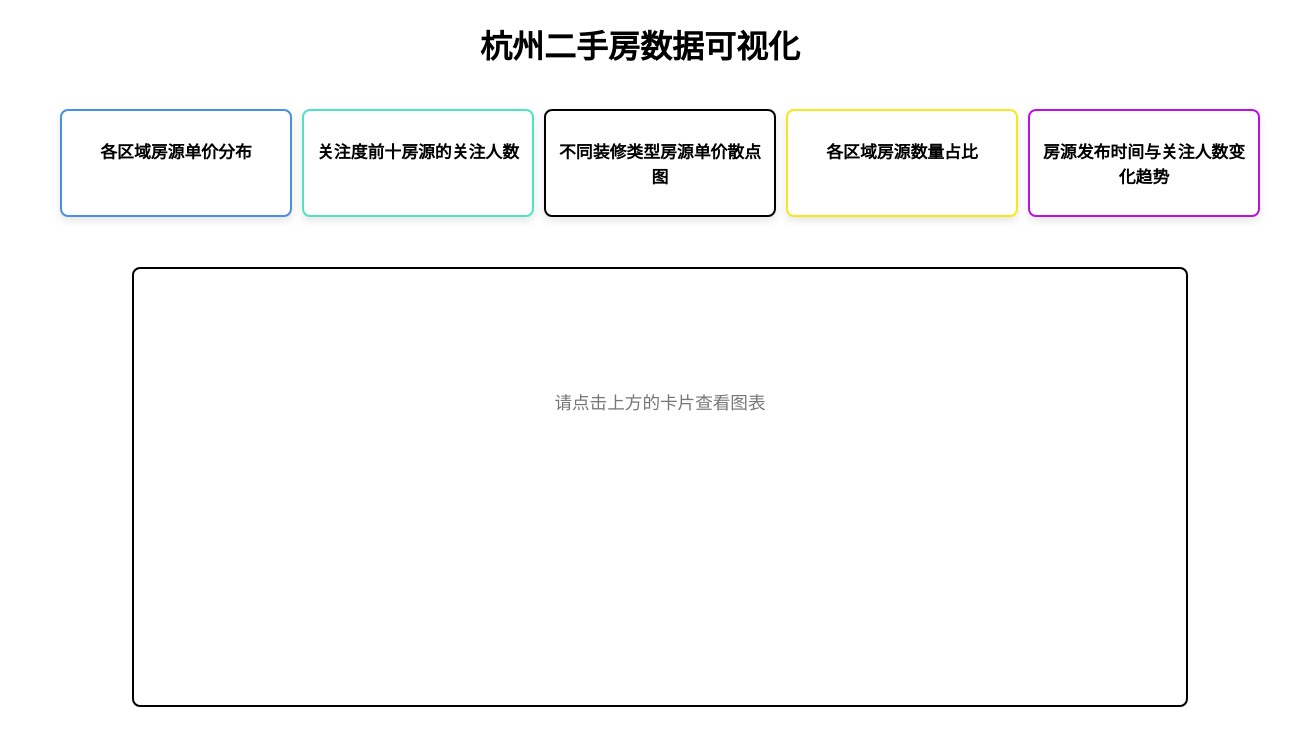
Repository: sakimi-9/DPV-SHP_HangZhou
Page: / (app in rendering/)
These files come from the project's save history. The page is drawn as it stood at one moment and after the next save; the edit follows.
The browser window is 1280 px wide. The page is 1312 px wide, so the pictures cover 1312 px, including what lies to the right of the window. The pictures show the whole page.
The project was rebuilt for these pictures with package versions that can differ from the ones it lists, and the page was loaded fresh each time. Also part of the build but not shown: rendering/vite.config.ts.

Above is the page before, as saved 2025-05-29 12:06:04.

### rendering/index.html
<!DOCTYPE html>
<html lang="en">

<head>
    <meta charset="UTF-8">
    <link rel="icon" href="/favicon.ico">
    <meta name="viewport" content="width=device-width, initial-scale=1.0">
    <title>二手房数据可视化</title>
</head>

<body>
    <div id="app"></div>
    <script type="module" src="/src/main.ts"></script>
</body>

</html>

### rendering/src/App.vue
<template>
  <div>
    <h1 style="text-align: center;">杭州二手房数据可视化</h1>

    <!-- 模式切换 UI -->


    <!-- 2D 图表区域 -->
    <HouseCharts v-if="currentMode === '2D'" :house-data="houseData" />

  </div>
</template>

<script setup lang="ts">
import { ref, onMounted } from 'vue';

// 导入新组件
import HouseCharts from './components/HouseCharts.vue';

// 导入数据解析器
import { ParsedHouse, parseHouseData } from '../util/dataParser';

// Define a ref to store the parsed data
const houseData = ref<ParsedHouse[] | null>(null);

// 定义当前模式状态
const currentMode = ref<'2D'>('2D'); // Only 2D mode is available now

// 定义控制数据分析部分显示的状态变量
const showAnalysis = ref(false);

// 切换数据分析部分显示状态的函数
const toggleAnalysis = () => {
  showAnalysis.value = !showAnalysis.value;
};

// 数据加载逻辑 (修改：先加载经纬度，再加载房源数据)
onMounted(async () => {
  try {
    const response = await fetch('/house_data.json');
    if (!response.ok) {
      throw new Error(`HTTP error! status: ${response.status}`);
    }
    const rawHouseData = await response.json();
    // 解析房源数据时传入经纬度 Map
    houseData.value = parseHouseData(rawHouseData);

    console.log('解析后的数据并存储:', houseData.value);

  } catch (error) {
    console.error('Error loading or processing data:', error);
  }
});

// 显式导出响应式变量 (可能有助于类型检查)
// export { houseData, currentMode };

</script>

<style scoped>
/* Add any specific styles for the 3D visualization container if needed */
/* Only retain App.vue's own styles */
/* HouseCharts.vue */
.chart-display-area>div[ref] {
  width: 100%;
  height: 600px;
  /* Fixed height for the chart */
}

/* HouseCharts.vue */
.chart-display-area {
  /* ... existing styles ... */
  min-height: 850px;
  /* Ensure a minimum height for the box, adjust based on chart height */
}

.chart-display-area>div[ref] {
  width: 100%;
  height: 800px;
  /* Adjusted height */
}

div {
  margin-bottom: 20px;
}

button {
  margin-right: 10px;
}

/* Add styles for the data analysis container */
.data-analysis-container {
  border: 1px solid #ccc;
  /* Add a border */
  padding: 20px;
  /* Add padding inside the box */
  margin-top: 20px;
  /* Add some space above the box */
  background-color: #f9f9f9;
  /* Add a light background color */
  border-radius: 8px;
  /* Rounded corners */
}

.data-analysis-container h2,
.data-analysis-container h3 {
  text-align: center;
  /* Center the titles within the box */
  color: #333;
  /* Darker color for titles */
  margin-bottom: 15px;
  /* Add space below titles */
}

.data-analysis-container h4 {
  margin-top: 15px;
  /* Space above h4 */
  margin-bottom: 10px;
  /* Space below h4 */
  color: #555;
  /* Slightly lighter color for h4 */
}

.data-analysis-container p {
  line-height: 1.6;
  /* Improve readability with more line spacing */
  color: #555;
  /* Slightly lighter color for text */
  margin-bottom: 10px;
  /* Adjust space between paragraphs */
}

.data-analysis-container ul {
  margin-bottom: 15px;
  /* Space below lists */
  padding-left: 20px;
  /* Indent list items */
}

.data-analysis-container ul li {
  margin-bottom: 5px;
  /* Space between list items */
  line-height: 1.5;
  /* Line spacing for list items */
  color: #555;
}


.data-analysis-container p strong {
  color: #000;
  /* Make strong text black */
}

/* Remove styles migrated to TwoDCharts.vue */
/* Keep only App.vue specific styles */

/* Example styles for layout if needed, adjust based on your structure */
/*
.container {
    max-width: 960px;
    margin: 0 auto;
    padding: 20px;
}
*/

/* Add styles for the analysis button */
.analysis-button {
  position: fixed;
  /* Fixed position relative to the viewport */
  bottom: 20px;
  /* 20px from the bottom */
  right: 20px;
  /* 20px from the right */
  z-index: 1000;
  /* Ensure it's above other content */
  padding: 10px 20px;
  font-size: 16px;
  background-color: #007bff;
  color: white;
  border: none;
  border-radius: 5px;
  cursor: pointer;
  box-shadow: 0 2px 5px rgba(0, 0, 0, 0.2);
}

.analysis-button:hover {
  background-color: #0056b3;
}
</style>

### rendering/src/components/HouseCharts.vue
<template>
    <div class="charts-container">
        <!-- Main Title - Centered in App.vue -->

        <!-- Chart Cards Grid -->
        <div class="charts-grid">
            <div v-for="(chart, index) in charts" :key="index" class="chart-card"
                :style="{ 'border-color': getCardColor(index) }" @click="selectChart(index)">
                <h3>{{ chart.title }}</h3>
            </div>
        </div>

        <!-- Chart Display Area (Black Box) -->
        <div class="chart-display-area">
            <div v-if="selectedChartIndex !== null && currentChart" class="selected-chart-content">
                <h3>{{ currentChart.title }}</h3>
                <!-- Chart rendering area - always in DOM, content controlled by JS -->
                <div ref="selectedChartDisplayRef" style="width: 100%; height: 70vh;"></div>
            </div>
            <div v-else class="placeholder-message">
                <p>请点击上方的卡片查看图表</p>
            </div>
        </div>

    </div>
</template>

<script setup lang="ts">
import { ref, onMounted, watch, computed, nextTick } from 'vue';
import * as echarts from 'echarts/core';
// Import the necessary components and charts
import { BarChart, PieChart, ScatterChart, BoxplotChart, LineChart } from 'echarts/charts';
import { GridComponent, TooltipComponent, LegendComponent, TitleComponent } from 'echarts/components';
import { CanvasRenderer } from 'echarts/renderers';

// Import data parsing functions
import {
    getAreaPriceBoxPlotData,
    getTop10FollowedHousesData,
    getRenovationPriceScatterData,
    getAreaHouseCountPieData,
    getPublishTimeFollowersTrendData
} from '../../util/chartDataParser';

echarts.use([
    BarChart,
    PieChart,
    ScatterChart,
    BoxplotChart,
    LineChart,
    GridComponent,
    TooltipComponent,
    LegendComponent,
    TitleComponent,
    CanvasRenderer,
]);

// 定义解析后的房源数据接口 (Copy from dataParser.ts for self-containment)
interface ParsedHouse {
    房源标题: string;
    室: number | null;
    厅: number | null;
    面积: number | null; // 平米
    朝向: string | null;
    装修: string | null;
    楼层信息: string | null; // 例如 "中楼层"
    总楼层: number | null;
    建筑年份: number | null; // 例如 2012
    建筑类型: string | null; // 例如 "板塔结合"
    小区名称: string | null;
    所在区域: string | null; // 例如 "临河里"
    单价: number | null; // 元/平
    关注人数: number | null;
    发布时间: string | null; // 例如 "2个月以前发布"
    标签: string[];
}

// 定义接收的 props
const props = defineProps<{ houseData: ParsedHouse[] | null }>();

// Define ref for the selected chart display area
const selectedChartDisplayRef = ref<HTMLElement | null>(null);

// Define the current chart index
const selectedChartIndex = ref<number | null>(null);

// Computed property for the current chart information
const currentChart = computed(() => {
    if (selectedChartIndex.value === null) return null;
    return charts[selectedChartIndex.value];
});

// Function to select a chart
const selectChart = (index: number) => {
    selectedChartIndex.value = index;
    console.log("Selected chart index:", selectedChartIndex.value);
};

// Function to dispose of a chart instance
const disposeChart = (chartElement: HTMLElement) => {
    const chartInstance = echarts.getInstanceByDom(chartElement);
    if (chartInstance) {
        chartInstance.dispose();
    }
};

// Function to render the selected chart
const renderSelectedChart = (
    chartInfo: { title: string, render: (element: HTMLElement, data: ParsedHouse[]) => void } | null,
    data: ParsedHouse[] | null
) => {
    // Dispose of any previously rendered chart in the display area
    if (selectedChartDisplayRef.value) {
        console.log("Disposing previous chart.");

        disposeChart(selectedChartDisplayRef.value);
        selectedChartDisplayRef.value.innerHTML = ''; // Clear previous chart content
    }

    if (!chartInfo || selectedChartIndex.value === null || !data || data.length === 0) {
        console.warn("No chart selected, no data, or chart info not ready.");
        // The placeholder is now controlled by v-else in the template
        console.log("Render conditions not met.", "Index:", selectedChartIndex.value, "Data present:", !!data, "Data length:", data ? data.length : 0);
        return;
    }

    const chartElement = selectedChartDisplayRef.value; // Get the display area element

    if (!chartElement) {
        console.warn("Chart display element is not available.");
        console.log("Render conditions not met.", "Index:", selectedChartIndex.value, "Data present:", !!props.houseData, "Data length:", props.houseData ? props.houseData.length : 0, "Element available:", !!chartElement);

        return; // Exit if the element is null
    }

    // Directly get chart info based on selected index
    if (chartElement && chartInfo) {
        // Render the current chart
        console.log(`Attempting to render chart: ${chartInfo.title}`);
        try {
            chartInfo.render(chartElement, data); // Pass the display area element to the render function
            console.log(`Successfully called render function for: ${chartInfo.title}`);
        } catch (error) {
            console.error(`Error rendering chart ${chartInfo.title}:`, error);
            chartElement.innerHTML = '<p>图表加载失败</p>';
            console.log(`Caught error during render for: ${chartInfo.title}`);
        }
    }
};

// Watch for changes in houseData or selectedChartIndex to determine if a chart *should* be rendered
watch([() => props.houseData, selectedChartIndex], async ([newData, newIndex]) => {
    // If conditions are met (data and index valid), render the chart.
    // Note: We don't await nextTick here directly for ref availability.
    // The rendering will happen when selectedChartDisplayRef becomes available.
    if (newIndex !== null && newData && newData.length > 0) {
        console.log("Data and Index valid, waiting for nextTick...");
        await nextTick(); // Wait for DOM updates

        const chartElement = selectedChartDisplayRef.value;
        if (chartElement) {
            console.log("Ref element available, attempting to render chart.", "Index:", newIndex);
            // Get the chart info directly from the charts array based on the index
            const chartInfo = charts[newIndex];
            if (chartInfo) {
                renderSelectedChart(chartInfo, newData);
            } else {
                console.error("Chart info not found for index:", newIndex);
            }
        } else {
            console.warn("Ref element not available after nextTick.");
        }
    } else {
        // If conditions are not met, dispose the current chart if it exists
        if (selectedChartDisplayRef.value) {
            console.log("Conditions not met, disposing chart.");
            disposeChart(selectedChartDisplayRef.value);
            selectedChartDisplayRef.value.innerHTML = '';
        }
    }
}, { immediate: true }); // Ensure initial check

// Function to get a color for the card based on index
const getCardColor = (index: number) => {
    const colors = ['#4A90E2', '#50E3C2', 'F5A623', '#F8E71C', '#BD10E0']; // Example colors - removed duplicate definition
    return colors[index % colors.length];
};

// --- Chart Render Functions ---

// 1. 各区域房源单价分布对比箱线图
function renderAreaPriceBoxPlot(chartElement: HTMLElement, data: ParsedHouse[]) {
    const chartData = getAreaPriceBoxPlotData(data);

    if (chartData.length === 0) {
        echarts.dispose(chartElement);
        chartElement.innerHTML = '<p>暂无区域单价分布数据</p>';
        return;
    }

    const areas = chartData.map(item => item.area);
    const prices = chartData.map(item => item.prices);

    const myChart = echarts.init(chartElement);
    console.log("ECharts instance initialized for:", "各区域房源单价分布");
    const option = {
        title: {
            text: '各区域房源单价分布',
            left: 'center'
        },
        tooltip: {
            trigger: 'item',
            axisPointer: { type: 'shadow' }
        },
        xAxis: {
            type: 'category',
            data: areas,
            boundaryGap: true,
            nameMap: areas,
            axisLabel: {
                interval: 0,
                rotate: 30,
                overflow: 'breakAll',
                ellipsis: '...'
            }
        },
        yAxis: {
            type: 'value',
            name: '单价 (元/平)'
        },
        series: [
            {
                name: '单价分布',
                type: 'boxplot',
                data: prices,
                tooltip: {
                    formatter: function (param: any) { // Keep any type for simplicity
                        if (param.data) {
                            return [
                                `区域: ${param.name}<br/>`,
                                `最大值: ${param.data[5].toFixed(2)}<br/>`,
                                `第三四分位数: ${param.data[4].toFixed(2)}<br/>`,
                                `中位数: ${param.data[3].toFixed(2)}<br/>`,
                                `第一四分位数: ${param.data[2].toFixed(2)}<br/>`,
                                `最小值: ${param.data[1].toFixed(2)}`
                            ].join('');
                        }
                        return '';
                    }
                }
            }
        ]
    };
    console.log("Setting option for:", "各区域房源单价分布", option);
    myChart.setOption(option);
}

// 2. 关注度前十房源的关注人数柱状图
function renderTop10FollowersBar(chartElement: HTMLElement, data: ParsedHouse[]) {
    const chartData = getTop10FollowedHousesData(data);

    if (chartData.length === 0) {
        echarts.dispose(chartElement);
        chartElement.innerHTML = '<p>暂无关注度前十房源数据</p>';
        return;
    }

    const titles = chartData.map(item => item.title);
    const followers = chartData.map(item => item.followers);

    const myChart = echarts.init(chartElement);
    console.log("ECharts instance initialized for:", "关注度前十房源的关注人数");
    const option = {
        title: {
            text: '关注度前十房源的关注人数',
            left: 'center'
        },
        tooltip: {},
        xAxis: {
            type: 'category',
            data: titles,
            axisLabel: {
                interval: 0,
                rotate: 30,
                overflow: 'breakAll',
                ellipsis: '...'
            }
        },
        yAxis: {
            type: 'value',
            name: '关注人数'
        },
        series: [
            {
                name: '关注人数',
                type: 'bar',
                data: followers
            }
        ]
    };
    console.log("Setting option for:", "关注度前十房源的关注人数", option);
    myChart.setOption(option);
}

// 3. 不同装修类型房源单价散点图
function renderRenovationPriceScatter(chartElement: HTMLElement, data: ParsedHouse[]) {
    const chartData = getRenovationPriceScatterData(data);

    if (chartData.length === 0) {
        echarts.dispose(chartElement);
        chartElement.innerHTML = '<p>暂无装修类型与单价数据</p>';
        return;
    }

    const scatterData = chartData.map((item: { renovation: string, price: number }) => [item.price, item.renovation]); // Explicitly type item

    // Get unique renovation types for y-axis categories
    const renovationTypes = Array.from(new Set(chartData.map((item: { renovation: string, price: number }) => item.renovation))) as string[]; // Explicitly type item and result

    const myChart = echarts.init(chartElement);
    console.log("ECharts instance initialized for:", "不同装修类型房源单价散点图");
    const option = {
        title: {
            text: '不同装修类型房源单价散点图',
            left: 'center'
        },
        tooltip: {
            trigger: 'axis',
            axisPointer: { type: 'shadow' },
            formatter: function (params: any) { // Keep any type for simplicity
                const item = params[0];
                return `装修: ${item.value[1]}<br/>单价: ${item.value[0].toFixed(2)} 元/平`;
            }
        },
        xAxis: {
            type: 'value',
            name: '单价 (元/平)'
        },
        yAxis: {
            type: 'category',
            data: renovationTypes,
            name: '装修类型'
        },
        series: [
            {
                name: '房源',
                type: 'scatter',
                data: scatterData
            }
        ]
    };
    console.log("Setting option for:", "不同装修类型房源单价散点图", option);
    myChart.setOption(option);
}

// 4. 各区域房源数量占比饼图
function renderAreaCountPie(chartElement: HTMLElement, data: ParsedHouse[]) {
    const chartData = getAreaHouseCountPieData(data);

    if (chartData.length === 0) {
        echarts.dispose(chartElement);
        chartElement.innerHTML = '<p>暂无区域房源数量数据</p>';
        return;
    }

    const pieData = chartData.map((item: { area: string, count: number }) => ({
        name: item.area,
        value: item.count
    })); // Explicitly type item

    const myChart = echarts.init(chartElement);
    console.log("ECharts instance initialized for:", "各区域房源数量占比");
    const option = {
        title: {
            text: '各区域房源数量占比',
            left: 'center'
        },
        tooltip: {
            trigger: 'item',
            formatter: '{a} <br/>{b}: {c} ({d}%)'
        },
        legend: {
            orient: 'vertical',
            left: 'left',
            data: chartData.map((item: { area: string, count: number }) => item.area) // Explicitly type item
        },
        series: [
            {
                name: '房源数量',
                type: 'pie',
                radius: '50%',
                data: pieData,
                emphasis: {
                    itemStyle: {
                        shadowBlur: 10,
                        shadowOffsetX: 0,
                        shadowColor: 'rgba(0, 0, 0, 0.5)'
                    }
                }
            }
        ]
    };
    console.log("Setting option for:", "各区域房源数量占比", option);
    myChart.setOption(option);
}

// 5. 房源发布时间与关注人数变化趋势折线图
function renderPublishTimeFollowersLine(chartElement: HTMLElement, data: ParsedHouse[]) {
    const chartData = getPublishTimeFollowersTrendData(data);

    if (chartData.length === 0) {
        echarts.dispose(chartElement);
        chartElement.innerHTML = '<p>暂无发布时间与关注人数趋势数据</p>';
        return;
    }

    const times = chartData.map((item: { time: string, totalFollowers: number }) => item.time); // Explicitly type item
    const totalFollowers = chartData.map((item: { time: string, totalFollowers: number }) => item.totalFollowers); // Explicitly type item

    const myChart = echarts.init(chartElement);
    console.log("ECharts instance initialized for:", "房源发布时间与关注人数变化趋势");
    const option = {
        title: {
            text: '房源发布时间与关注人数变化趋势',
            left: 'center'
        },
        tooltip: {
            trigger: 'axis'
        },
        xAxis: {
            type: 'category',
            data: times,
            axisLabel: {
                interval: 0,
                rotate: 30,
                overflow: 'breakAll',
                ellipsis: '...'
            }
        },
        yAxis: {
            type: 'value',
            name: '总关注人数'
        },
        series: [
            {
                name: '总关注人数',
                type: 'line',
                data: totalFollowers
            }
        ]
    };
    console.log("Setting option for:", "房源发布时间与关注人数变化趋势", option);
    myChart.setOption(option);
}

// Define the list of charts with their titles and render functions
const charts = [
    { title: '各区域房源单价分布', render: renderAreaPriceBoxPlot },
    { title: '关注度前十房源的关注人数', render: renderTop10FollowersBar },
    { title: '不同装修类型房源单价散点图', render: renderRenovationPriceScatter },
    { title: '各区域房源数量占比', render: renderAreaCountPie },
    { title: '房源发布时间与关注人数变化趋势', render: renderPublishTimeFollowersLine },
];

// Initial render logic (optional, handled by watch with immediate: true)
/*
onMounted(() => {
    renderSelectedChart(props.houseData);
});
*/

</script>

<style scoped>
.charts-container {
    display: flex;
    flex-direction: column;
    gap: 30px;
    /* Increased gap */
    align-items: center;
    margin-top: 20px;
    /* Adjusted top margin */
    padding: 20px;
    width: 100%;
    /* Ensure container takes full width */
}

.charts-grid {
    display: grid;
    grid-template-columns: repeat(5, 1fr);
    /* Changed to 5 equal columns */
    gap: 10px;
    /* Reduced gap to make cards smaller */
    width: 100%;
    max-width: 1200px;
    /* Keep max width */
    justify-content: center;
}

.chart-card {
    background-color: #fff;
    border: 2px solid;
    /* Use border-color from style binding */
    border-radius: 8px;
    padding: 10px;
    /* Reduced padding */
    text-align: center;
    cursor: pointer;
    box-shadow: 0 4px 8px rgba(0, 0, 0, 0.1);
    transition: transform 0.3s ease, box-shadow 0.3s ease;
    font-size: 0.9em;
    /* Slightly reduced font size */
}

.chart-card:hover {
    transform: translateY(-5px);
    box-shadow: 0 6px 12px rgba(0, 0, 0, 0.15);
}

/* --- 图表显示区域容器样式 (黑色边框区域) --- */
.chart-display-area {
    margin-top: 20px;
    /* Space above the display area */
    border: 2px solid black;
    /* Black border */
    border-radius: 8px;
    padding: 20px;
    width: 80%;
    flex-direction: column;
    align-items: center;
    min-height: 55vh;
    /* Ensure a minimum height for the box, adjusted for larger chart */
    /* Ensure a minimum height for the box */
}

.chart-display-area h3 {
    margin-top: 0;
    margin-bottom: 10px;
}

/* --- ECharts 图表实际渲染区域样式 (div[ref=selectedChartDisplayRef]) --- */
/* 调整这里的 width 和 height 可以直接改变图表的大小 */
.chart-display-area>div[ref] {
    width: 100%;
    /* 让图表占据父容器的全部宽度 */
    height: 40vh;
    /* 保持您设置的高度 */
    /* 例如，占视口高度的 70% */
}

.placeholder-message {
    text-align: center;
    color: #777;
    font-size: 1.1em;
    margin-top: 100px;
    /* Center message vertically */
}

/* Removed carousel related styles */
</style>

Loaded but not shown: rendering/src/main.ts (common file); rendering/public/house_data.json (1034 lines, source omitted); rendering/util/dataParser.ts (112 lines, source omitted); rendering/util/chartDataParser.ts (107 lines, source omitted)

After the next save:
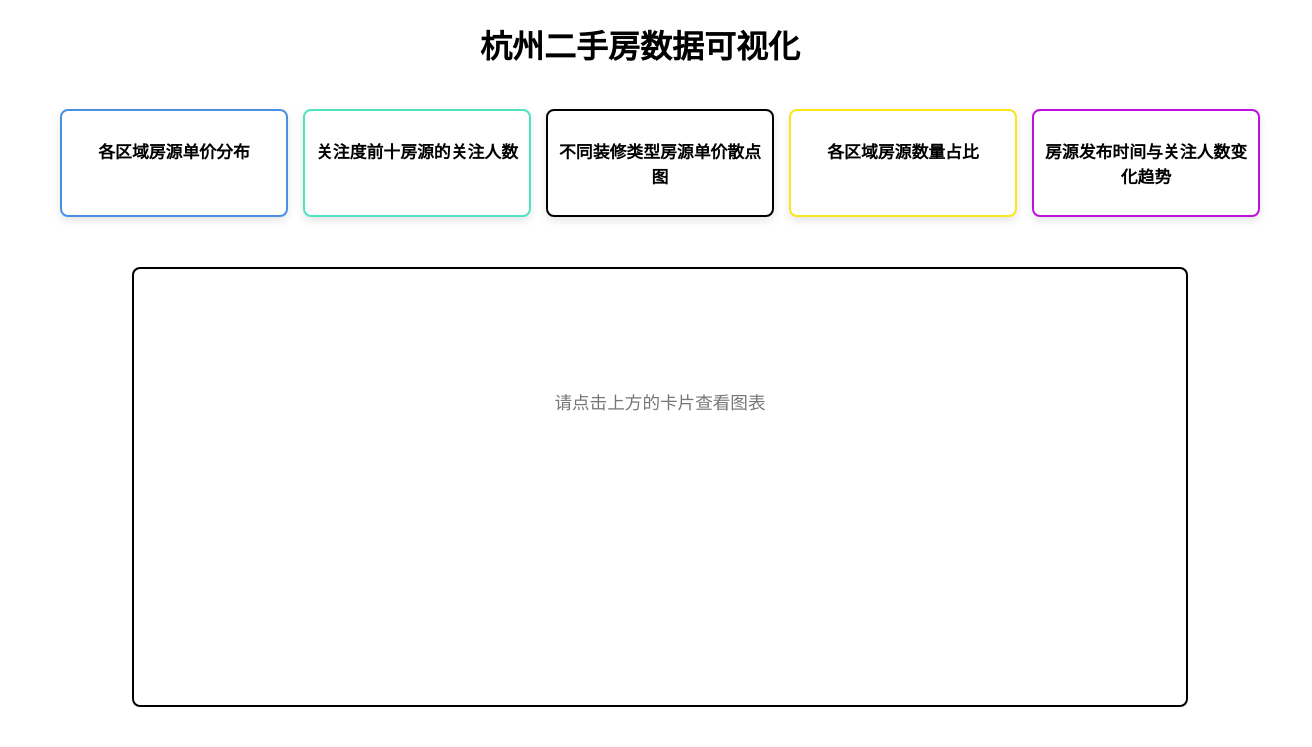
Saved 98 s later.
--- a/rendering/src/components/HouseCharts.vue
+++ b/rendering/src/components/HouseCharts.vue
@@ -489,7 +489,7 @@ onMounted(() => {
     display: grid;
     grid-template-columns: repeat(5, 1fr);
     /* Changed to 5 equal columns */
-    gap: 10px;
+    gap: 15px;
     /* Reduced gap to make cards smaller */
     width: 100%;
     max-width: 1200px;
